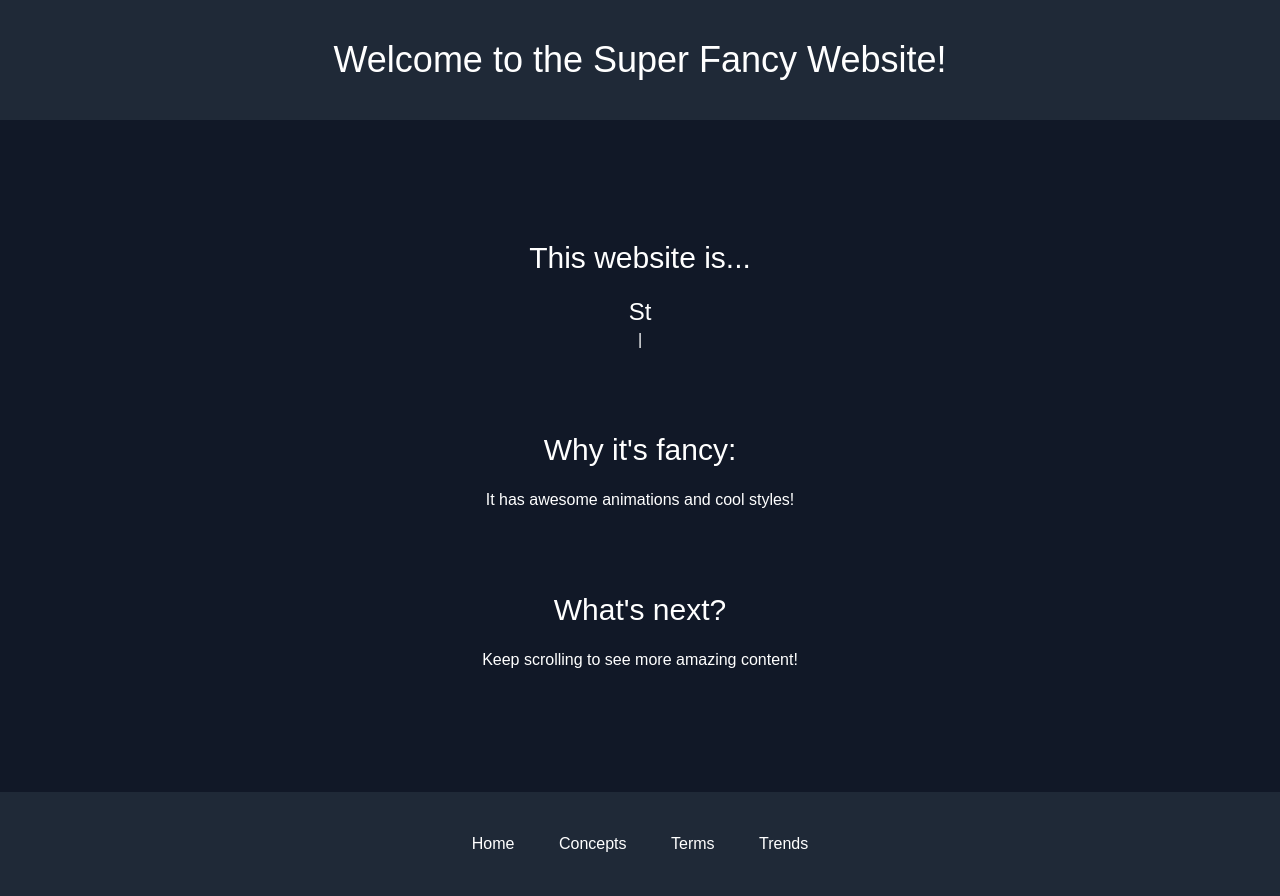
Repository: iamlite/comp210website
Page: index.html
An editor plug-in stored every save of this project. The page is shown before and after the next save, followed by the edit.
The browser window is 1280 px wide. The pictures show the whole page.

Above is the page before, as saved 2024-06-18 13:35:24.

### index.html
<!DOCTYPE html>
<html lang="en">
<head>
    <meta charset="UTF-8">
    <meta name="viewport" content="width=device-width, initial-scale=1.0">
    <title>Super Fancy Website</title>
    <!-- Tailwind CSS -->
    <link href="https://cdn.jsdelivr.net/npm/tailwindcss@2.2.19/dist/tailwind.min.css" rel="stylesheet">
    <!-- Animate.css -->
    <link rel="stylesheet" href="https://cdnjs.cloudflare.com/ajax/libs/animate.css/4.1.1/animate.min.css"/>
    <!-- AOS -->
    <link href="https://unpkg.com/aos@2.3.1/dist/aos.css" rel="stylesheet">
    <!-- Typed.js -->
    <script src="https://cdn.jsdelivr.net/npm/typed.js@2.0.12"></script>
    <style>
        body {
            font-family: 'Arial', sans-serif;
        }
    </style>
</head>
<body class="bg-gray-900 text-white">
    <header class="text-center p-10 bg-gray-800">
        <h1 class="text-4xl animate__animated animate__bounce">Welcome to the Super Fancy Website!</h1>
    </header>
    <main class="p-10">
        <section class="text-center my-20">
            <h2 class="text-3xl mb-5" data-aos="fade-up">This website is...</h2>
            <div id="typed-output" class="text-2xl"></div>
        </section>
        <section class="my-20 text-center">
            <h2 class="text-3xl mb-5" data-aos="fade-right">Why it's fancy:</h2>
            <p class="animate__animated animate__lightSpeedInLeft">It has awesome animations and cool styles!</p>
        </section>
        <section class="my-20 text-center">
            <h2 class="text-3xl mb-5" data-aos="fade-left">What's next?</h2>
            <p class="animate__animated animate__fadeInUp">Keep scrolling to see more amazing content!</p>
        </section>
    </main>
    <footer class="text-center p-10 bg-gray-800">
        <nav>
            <a href="index.html" class="mx-5">Home</a>
            <a href="concepts.html" class="mx-5">Concepts</a>
            <a href="terms.html" class="mx-5">Terms</a>
            <a href="trends.html" class="mx-5">Trends</a>
        </nav>
    </footer>
    <!-- AOS Script -->
    <script src="https://unpkg.com/aos@2.3.1/dist/aos.js"></script>
    <script>
        AOS.init();
    </script>
    <!-- Typed.js Script -->
    <script>
        var typed = new Typed('#typed-output', {
            strings: ["Incredible!", "Amazing!", "Stupendous!"],
            typeSpeed: 100,
            backSpeed: 50,
            loop: true
        });
    </script>
</body>
</html>

After the next save:
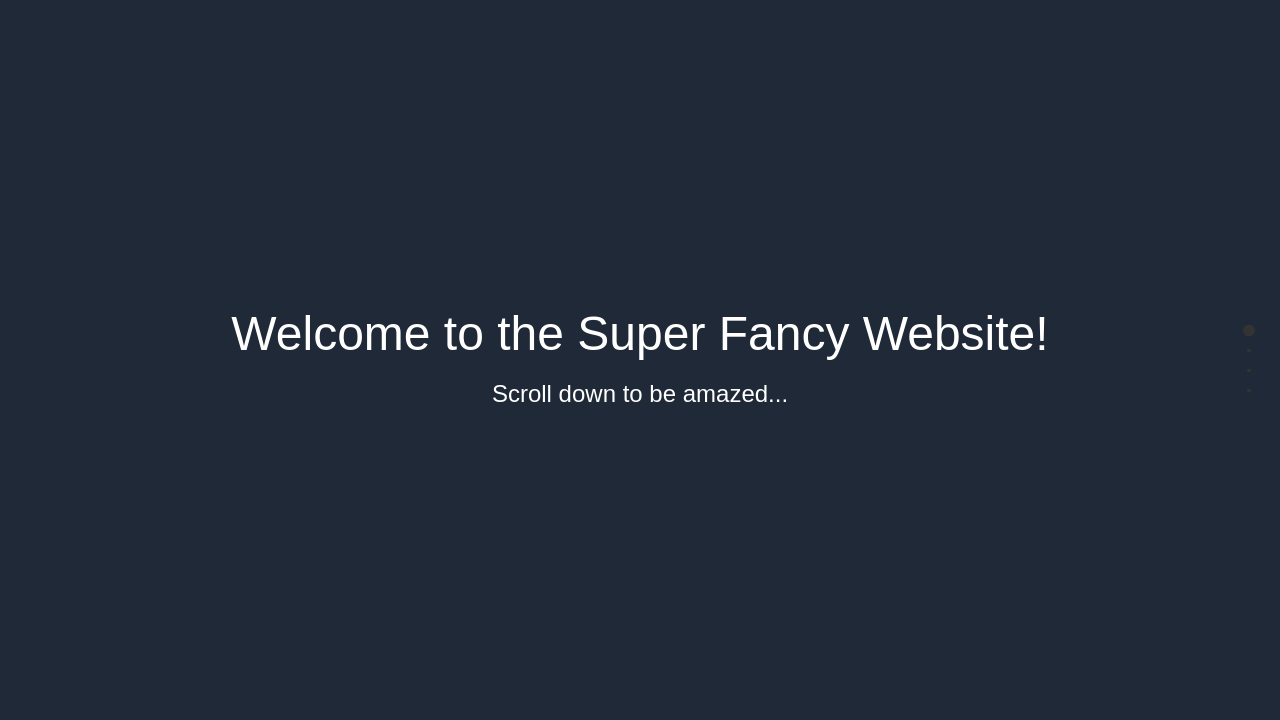
Saved 28 s later.
--- a/index.html
+++ b/index.html
@@ -8,6 +8,8 @@
     <link href="https://cdn.jsdelivr.net/npm/tailwindcss@2.2.19/dist/tailwind.min.css" rel="stylesheet">
     <!-- Animate.css -->
     <link rel="stylesheet" href="https://cdnjs.cloudflare.com/ajax/libs/animate.css/4.1.1/animate.min.css"/>
+    <!-- fullPage.js -->
+    <link rel="stylesheet" href="https://cdnjs.cloudflare.com/ajax/libs/fullPage.js/3.1.2/fullpage.min.css">
     <!-- AOS -->
     <link href="https://unpkg.com/aos@2.3.1/dist/aos.css" rel="stylesheet">
     <!-- Typed.js -->
@@ -19,23 +21,24 @@
     </style>
 </head>
 <body class="bg-gray-900 text-white">
-    <header class="text-center p-10 bg-gray-800">
-        <h1 class="text-4xl animate__animated animate__bounce">Welcome to the Super Fancy Website!</h1>
-    </header>
-    <main class="p-10">
-        <section class="text-center my-20">
-            <h2 class="text-3xl mb-5" data-aos="fade-up">This website is...</h2>
-            <div id="typed-output" class="text-2xl"></div>
-        </section>
-        <section class="my-20 text-center">
-            <h2 class="text-3xl mb-5" data-aos="fade-right">Why it's fancy:</h2>
-            <p class="animate__animated animate__lightSpeedInLeft">It has awesome animations and cool styles!</p>
-        </section>
-        <section class="my-20 text-center">
-            <h2 class="text-3xl mb-5" data-aos="fade-left">What's next?</h2>
-            <p class="animate__animated animate__fadeInUp">Keep scrolling to see more amazing content!</p>
-        </section>
-    </main>
+    <div id="fullpage">
+        <div class="section bg-gray-800 text-center">
+            <h1 class="text-5xl animate__animated animate__bounce">Welcome to the Super Fancy Website!</h1>
+            <p class="text-2xl mt-5">Scroll down to be amazed...</p>
+        </div>
+        <div class="section bg-gray-700 text-center">
+            <h2 class="text-4xl" data-aos="fade-up">Why it's fancy:</h2>
+            <p class="text-xl mt-5 animate__animated animate__lightSpeedInLeft">It has awesome animations and cool styles!</p>
+        </div>
+        <div class="section bg-gray-600 text-center">
+            <h2 class="text-4xl" data-aos="fade-right">What's next?</h2>
+            <p class="text-xl mt-5 animate__animated animate__fadeInUp">Keep scrolling to see more amazing content!</p>
+        </div>
+        <div class="section bg-gray-500 text-center">
+            <h2 class="text-4xl" data-aos="fade-left">The Grand Finale!</h2>
+            <p class="text-xl mt-5" id="typed-output"></p>
+        </div>
+    </div>
     <footer class="text-center p-10 bg-gray-800">
         <nav>
             <a href="index.html" class="mx-5">Home</a>
@@ -44,6 +47,18 @@
             <a href="trends.html" class="mx-5">Trends</a>
         </nav>
     </footer>
+    <!-- fullPage.js -->
+    <script src="https://cdnjs.cloudflare.com/ajax/libs/fullPage.js/3.1.2/fullpage.min.js"></script>
+    <script>
+        new fullpage('#fullpage', {
+            autoScrolling: true,
+            navigation: true,
+            navigationPosition: 'right',
+            showActiveTooltip: true,
+            slidesNavigation: true,
+            slidesNavPosition: 'bottom',
+        });
+    </script>
     <!-- AOS Script -->
     <script src="https://unpkg.com/aos@2.3.1/dist/aos.js"></script>
     <script>
